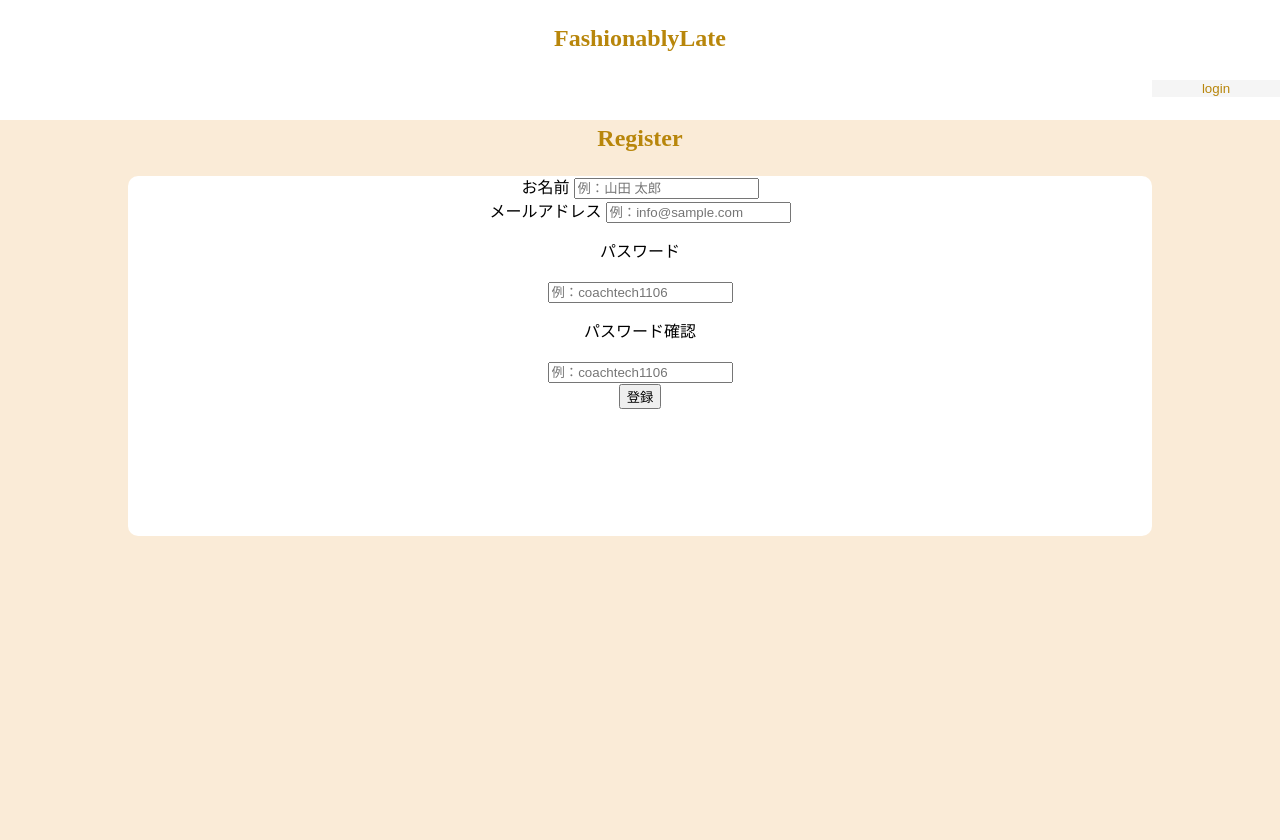
Repository: tokisiro/test-form
Page: http://localhost/register
An editor plug-in stored every save of this project. The page is shown before and after a run of saves, followed by the edit.
The browser window is 1280 px wide. The pictures show the whole page.
The page is served by the project's Laravel application, run on PHP 8.4 with Laravel 8. A made-up administrator, Test User (test@example.com), is signed in. Other server files are loaded and not shown.

Above is the page before, as saved 2025-05-07 20:58:19.

### src/routes/web.php
<?php

use Illuminate\Support\Facades\Route;
use App\Http\Controllers\ContactController;
use App\Http\Controllers\UsersController;
use Laravel\Fortify\Http\Controllers\AuthenticatedSessionController;
use Laravel\Fortify\Http\Controllers\RegisteredUserController;
/*
|--------------------------------------------------------------------------
| Web Routes
|--------------------------------------------------------------------------
|
| Here is where you can register web routes for your application. These
| routes are loaded by the RouteServiceProvider within a group which
| contains the "web" middleware group. Now create something great!
|
*/

Route::get('/',[ContactController::class, 'index']);
Route::post('/confirm',[ContactController::class, 'confirm']);
Route::post('/create',[ContactController::class, 'create']);

Route::post('/admin',[UsersController::class, 'admin']);
Route::get('/register',[UsersController::class, 'register']);




Route::middleware('auth')->group(function () {
    Route::get('/admin', [UsersController::class, 'admin']);
});

### src/app/Models/User.php
<?php

namespace App\Models;

use Illuminate\Contracts\Auth\MustVerifyEmail;
use Illuminate\Database\Eloquent\Factories\HasFactory;
use Illuminate\Foundation\Auth\User as Authenticatable;
use Illuminate\Notifications\Notifiable;
use Laravel\Sanctum\HasApiTokens;

class User extends Authenticatable
{
    use HasApiTokens, HasFactory, Notifiable;
    protected $table = 'users';

    /**
     * The attributes that are mass assignable.
     *
     * @var array<int, string>
     */
    protected $fillable = [
        'name',
        'email',
        'password',
        'remember_token',
    ];

    /**
     * The attributes that should be hidden for serialization.
     *
     * @var array<int, string>
     */
    protected $hidden = [
        'password',
        'remember_token',
    ];

    /**
     * The attributes that should be cast.
     *
     * @var array<string, string>
     */
    protected $casts = [
        'email_verified_at' => 'datetime',
    ];

    public function contacts()
{
    return $this->hasMany(Contact::class);
}
}

### src/app/Http/Controllers/UsersController.php
<?php

namespace App\Http\Controllers;

use App\Models\Category;
use App\Models\Contact;
use App\Models\User;
use Illuminate\Http\Request;
use App\Http\Requests\RegisterUserRequest;

//管理者用
class UsersController extends Controller
{
    public function register(){
        return view('register');
    }
    public function create(RegisterUserRequest $request){
        $form = $request->all();
        User::create($form);
        return view('login');
    }
    public function login(){
        return view('login');
    }
    public function admin(){


        $contacts = Contact::all()->map(function($contact) {
        switch($contact->gender) {
        case 1:
            $contact->gender_text = '男性';
            break;
        case 2:
            $contact->gender_text = '女性';
            break;
        case 3:
            $contact->gender_text = 'その他';
            break;
        default:
            $contact->gender_text = '';
            break;
        }
        // お問い合わせ内容を変換
        switch($contact->category_id) {
        case 1:
            $contact->category_name = '商品のお届けについて';
            break;
        case 2:
            $contact->category_name = '商品の交換について';
            break;
        case 3:
            $contact->category_name = '商品トラブル';
            break;
        case 4:
            $contact->category_name = 'ショップへのお問い合わせ';
            break;
        case 5:
            $contact->category_name = 'その他';
            break;
        default:
            $contact->category_name = '';
            break;
        }
        return $contact;
    });

    // もしももともと contacts がなければ空のコレクションを設定
    if ($contacts->isEmpty()) {
        $contacts = collect();
    }

    // ビューに渡す
    return view('admin', ['contacts' => $contacts]);


    }
}

### src/resources/views/register.blade.php
<!DOCTYPE html>
<html lang="ja">
<head>
    <meta charset="UTF-8">
    <meta http-equiv="X-UA-Compatible" content="IE=edge">
    <meta name="viewport" content="width=device-width, initial-scale=1.0">
    <title>FashionablyLate</title>
    <link rel="stylesheet" href="css/sanitize.css" />
    <link rel="stylesheet" href="css/register.css" />
</head>
<body>
    <!--ユーザー登録ページ-->
    <header class="header">
        <div class="header__inner">
            <a class="header__logo" href="/">
                FashionablyLate
            </a>
        </div>
        <div class="header__button">
            <a  href="/login">
                <button class="header__button-item">
                    login
                </button>
            </a>
        </div>
    </header>
    <main>
        <div class="register-form">
            <div class="register-form__title">
                <h2>Register</h2>
            </div>
            <div class="register-form__content">
                    <div class="register-form__content-item">
                        <form action="/register" method="post">
                            @csrf
                            @if (count($errors) > 0)
                            <ul>
                                @foreach ($errors->all() as $error)
                                    <li>{{$error}}</li>
                                @endforeach
                            </ul>
                        @endif
                        <div class="register-form__content-input">
                            <label>お名前</label>
                            <input type="text" name="name" value="{{ old('name') }}" placeholder="例：山田 太郎">
                        </div>
                        <div class="register-form__content-input">
                            <label>メールアドレス</label>
                            <input type="email" name="email" value="{{ old('email') }}" placeholder="例：info@sample.com">
                        </div>
                        <div class="register-form__content-input">
                            <p>パスワード</p>
                            <input type="password" name="password" placeholder="例：coachtech1106">
                        </div>
                        <div class="register-form__content-input">
                            <p>パスワード確認</p>
                            <input type="password" name="password_confirmation" placeholder="例：coachtech1106">
                        </div>
                            <div class="register-form__button">
                            <button class="register-form__button-submit" type="submit">
                                登録
                            </button>
                        </div>
                        </form>
                    </div>
                <!--ボタン類を記述-->
                </div>
            </div>
        </div>
    </main>
</body>
</html>

### src/public/css/sanitize.css
/* Document
* ========================================================================== */

/**
* Add border box sizing in all browsers (opinionated).
*/

*,
::before,
::after {
    box-sizing: border-box;
}

/**
* 1. Add text decoration inheritance in all browsers (opinionated).
* 2. Add vertical alignment inheritance in all browsers (opinionated).
*/

::before,
::after {
    vertical-align: inherit;
    /* 2 */
    text-decoration: inherit;
    /* 1 */
}

/**
* 1. Use the default cursor in all browsers (opinionated).
* 2. Change the line height in all browsers (opinionated).
* 3. Use a 4-space tab width in all browsers (opinionated).
* 4. Remove the grey highlight on links in iOS (opinionated).
* 5. Prevent adjustments of font size after orientation changes in
*    IE on Windows Phone and in iOS.
* 6. Breaks words to prevent overflow in all browsers (opinionated).
*/

html {
    word-break: break-word;
    /* 6 */
    -moz-tab-size: 4;
    /* 3 */
    tab-size: 4;
    /* 3 */
    line-height: 1.5;
    /* 2 */
    cursor: default;
    /* 1 */

    -webkit-tap-highlight-color: transparent
        /* 4 */
    ;
    -ms-text-size-adjust: 100%;
    /* 5 */
    -webkit-text-size-adjust: 100%;
    /* 5 */
}

/* Sections
* ========================================================================== */

/**
* Remove the margin in all browsers (opinionated).
*/

body {
    margin: 0;
}

/**
* Correct the font size and margin on `h1` elements within `section` and
* `article` contexts in Chrome, Edge, Firefox, and Safari.
*/

h1 {
    margin: 0.67em 0;
    font-size: 2em;
}

/* Grouping content
* ========================================================================== */

/**
* Remove the margin on nested lists in Chrome, Edge, IE, and Safari.
*/

dl dl,
dl ol,
dl ul,
ol dl,
ul dl {
    margin: 0;
}

/**
* Remove the margin on nested lists in Edge 18- and IE.
*/

ol ol,
ol ul,
ul ol,
ul ul {
    margin: 0;
}

/**
* 1. Add the correct sizing in Firefox.
* 2. Show the overflow in Edge 18- and IE.
*/

hr {
    overflow: visible;
    /* 2 */
    height: 0;
    /* 1 */
}

/**
* Add the correct display in IE.
*/

main {
    display: block;
}

/**
* Remove the list style on navigation lists in all browsers (opinionated).
*/

nav ol,
nav ul {
    padding: 0;
    list-style: none;
}

/**
* 1. Correct the inheritance and scaling of font size in all browsers.
* 2. Correct the odd `em` font sizing in all browsers.
*/

pre {
    font-size: 1em;
    /* 2 */
    font-family: monospace, monospace;
    /* 1 */
}

/* Text-level semantics
* ========================================================================== */

/**
* Remove the gray background on active links in IE 10.
*/

a {
    background-color: transparent;
}

/**
* Add the correct text decoration in Edge 18-, IE, and Safari.
*/

abbr[title] {
    text-decoration: underline;
    text-decoration: underline dotted;
}

/**
* Add the correct font weight in Chrome, Edge, and Safari.
*/

b,
strong {
    font-weight: bolder;
}

/**
* 1. Correct the inheritance and scaling of font size in all browsers.
* 2. Correct the odd `em` font sizing in all browsers.
*/

code,
kbd,
samp {
    font-size: 1em;
    /* 2 */
    font-family: monospace, monospace;
    /* 1 */
}

/**
* Add the correct font size in all browsers.
*/

small {
    font-size: 80%;
}

/* Embedded content
* ========================================================================== */

/*
* Change the alignment on media elements in all browsers (opinionated).
*/

audio,
canvas,
iframe,
img,
svg,
video {
    vertical-align: middle;
}

/**
* Add the correct display in IE 9-.
*/

audio,
video {
    display: inline-block;
}

/**
* Add the correct display in iOS 4-7.
*/

audio:not([controls]) {
    display: none;
    height: 0;
}

/**
* Remove the border on iframes in all browsers (opinionated).
*/

iframe {
    border-style: none;
}

/**
* Remove the border on images within links in IE 10-.
*/

img {
    border-style: none;
}

/**
* Change the fill color to match the text color in all browsers (opinionated).
*/

svg:not([fill]) {
    fill: currentColor;
}

/**
* Hide the overflow in IE.
*/

svg:not(:root) {
    overflow: hidden;
}

/* Tabular data
* ========================================================================== */

/**
* Collapse border spacing in all browsers (opinionated).
*/

table {
    border-collapse: collapse;
}

/* Forms
* ========================================================================== */

/**
* Remove the margin on controls in Safari.
*/

button,
input,
select {
    margin: 0;
}

/**
* 1. Show the overflow in IE.
* 2. Remove the inheritance of text transform in Edge 18-, Firefox, and IE.
*/

button {
    overflow: visible;
    /* 1 */
    text-transform: none;
    /* 2 */
}

/**
* Correct the inability to style buttons in iOS and Safari.
*/

button,
[type="button"],
[type="reset"],
[type="submit"] {
    -webkit-appearance: button;
}

/**
* 1. Change the inconsistent appearance in all browsers (opinionated).
* 2. Correct the padding in Firefox.
*/

fieldset {
    padding: 0.35em 0.75em 0.625em;
    /* 2 */
    border: 1px solid #a0a0a0;
    /* 1 */
}

/**
* Show the overflow in Edge 18- and IE.
*/

input {
    overflow: visible;
}

/**
* 1. Correct the text wrapping in Edge 18- and IE.
* 2. Correct the color inheritance from `fieldset` elements in IE.
*/

legend {
    display: table;
    /* 1 */
    max-width: 100%;
    /* 1 */
    color: inherit;
    /* 2 */
    white-space: normal;
    /* 1 */
}

/**
* 1. Add the correct display in Edge 18- and IE.
* 2. Add the correct vertical alignment in Chrome, Edge, and Firefox.
*/

progress {
    display: inline-block;
    /* 1 */
    vertical-align: baseline;
    /* 2 */
}

/**
* Remove the inheritance of text transform in Firefox.
*/

select {
    text-transform: none;
}

/**
* 1. Remove the margin in Firefox and Safari.
* 2. Remove the default vertical scrollbar in IE.
* 3. Change the resize direction in all browsers (opinionated).
*/

textarea {
    overflow: auto;
    /* 2 */
    margin: 0;
    /* 1 */
    resize: vertical;
    /* 3 */
}

/**
* Remove the padding in IE 10-.
*/

[type="checkbox"],
[type="radio"] {
    padding: 0;
}

/**
* 1. Correct the odd appearance in Chrome, Edge, and Safari.
* 2. Correct the outline style in Safari.
*/

[type="search"] {
    outline-offset: -2px;
    /* 2 */

    -webkit-appearance: textfield;
    /* 1 */
}

/**
* Correct the cursor style of increment and decrement buttons in Safari.
*/

::-webkit-inner-spin-button,
::-webkit-outer-spin-button {
    height: auto;
}

/**
* Correct the text style of placeholders in Chrome, Edge, and Safari.
*/

::-webkit-input-placeholder {
    color: inherit;
    opacity: 0.54;
}

/**
* Remove the inner padding in Chrome, Edge, and Safari on macOS.
*/

::-webkit-search-decoration {
    -webkit-appearance: none;
}

/**
* 1. Correct the inability to style upload buttons in iOS and Safari.
* 2. Change font properties to `inherit` in Safari.
*/

::-webkit-file-upload-button {
    font: inherit;
    /* 2 */

    -webkit-appearance: button;
    /* 1 */
}

/**
* Remove the inner border and padding of focus outlines in Firefox.
*/

::-moz-focus-inner {
    padding: 0;
    border-style: none;
}

/**
* Restore the focus outline styles unset by the previous rule in Firefox.
*/

:-moz-focusring {
    outline: 1px dotted ButtonText;
}

/**
* Remove the additional :invalid styles in Firefox.
*/

:-moz-ui-invalid {
    box-shadow: none;
}

/* Interactive
* ========================================================================== */

/*
* Add the correct display in Edge 18- and IE.
*/

details {
    display: block;
}

/*
* Add the correct styles in Edge 18-, IE, and Safari.
*/

dialog {
    position: absolute;
    right: 0;
    left: 0;
    display: block;
    margin: auto;
    padding: 1em;
    width: -moz-fit-content;
    width: -webkit-fit-content;
    width: fit-content;
    height: -moz-fit-content;
    height: -webkit-fit-content;
    height: fit-content;
    border: solid;
    background-color: white;
    color: black;
}

dialog:not([open]) {
    display: none;
}

/*
* Add the correct display in all browsers.
*/

summary {
    display: list-item;
}

/* Scripting
* ========================================================================== */

/**
* Add the correct display in IE 9-.
*/

canvas {
    display: inline-block;
}

/**
* Add the correct display in IE.
*/

template {
    display: none;
}

/* User interaction
* ========================================================================== */

/*
* 1. Remove the tapping delay in IE 10.
* 2. Remove the tapping delay on clickable elements
in all browsers (opinionated).
*/

a,
area,
button,
input,
label,
select,
summary,
textarea,
[tabindex] {
    -ms-touch-action: manipulation;
    /* 1 */
    touch-action: manipulation;
    /* 2 */
}

/**
* Add the correct display in IE 10-.
*/

[hidden] {
    display: none;
}

/* Accessibility
* ========================================================================== */

/**
* Change the cursor on busy elements in all browsers (opinionated).
*/

[aria-busy="true"] {
    cursor: progress;
}

/*
* Change the cursor on control elements in all browsers (opinionated).
*/

[aria-controls] {
    cursor: pointer;
}

/*
* Change the cursor on disabled, not-editable, or otherwise
* inoperable elements in all browsers (opinionated).
*/

[aria-disabled="true"],
[disabled] {
    cursor: not-allowed;
}

/*
* Change the display on visually hidden accessible elements
* in all browsers (opinionated).
*/

[aria-hidden="false"][hidden] {
    display: initial;
}

[aria-hidden="false"][hidden]:not(:focus) {
    position: absolute;
    clip: rect(0, 0, 0, 0);
}

### src/public/css/register.css

.header {
    background-color: white;

}

.header__inner
{
    margin: 0 auto;
    padding: 20px 15px;
    max-width: 1230px;
    text-align: center;
}

.header__logo {
    color: #B8860B;
    text-decoration: none;
    font-weight: bold;
    font-size: 24px;
    font-family: serif;
}

.header__button{
    position: relative;
    text-align: right;
}

.header__button-item{
    color: #B8860B;
    background-color: whitesmoke;
    border: 1px;
    border-color: #B8860B;
    width: 10%;
    cursor: pointer;
}


.register-form {
    background-color: antiquewhite;
    height: 100vh;
    text-align: center;
}

.register-form__title{
    color: #B8860B;
    font-family: serif;
}

.register-form__content{
    background-color: white;
    width: 80%;
    height: 50%;
    margin: 0 auto;
    border-radius: 10px;
}

Loaded but not shown: src/app/Http/Controllers/Controller.php (common file)

After the next 3 saves:
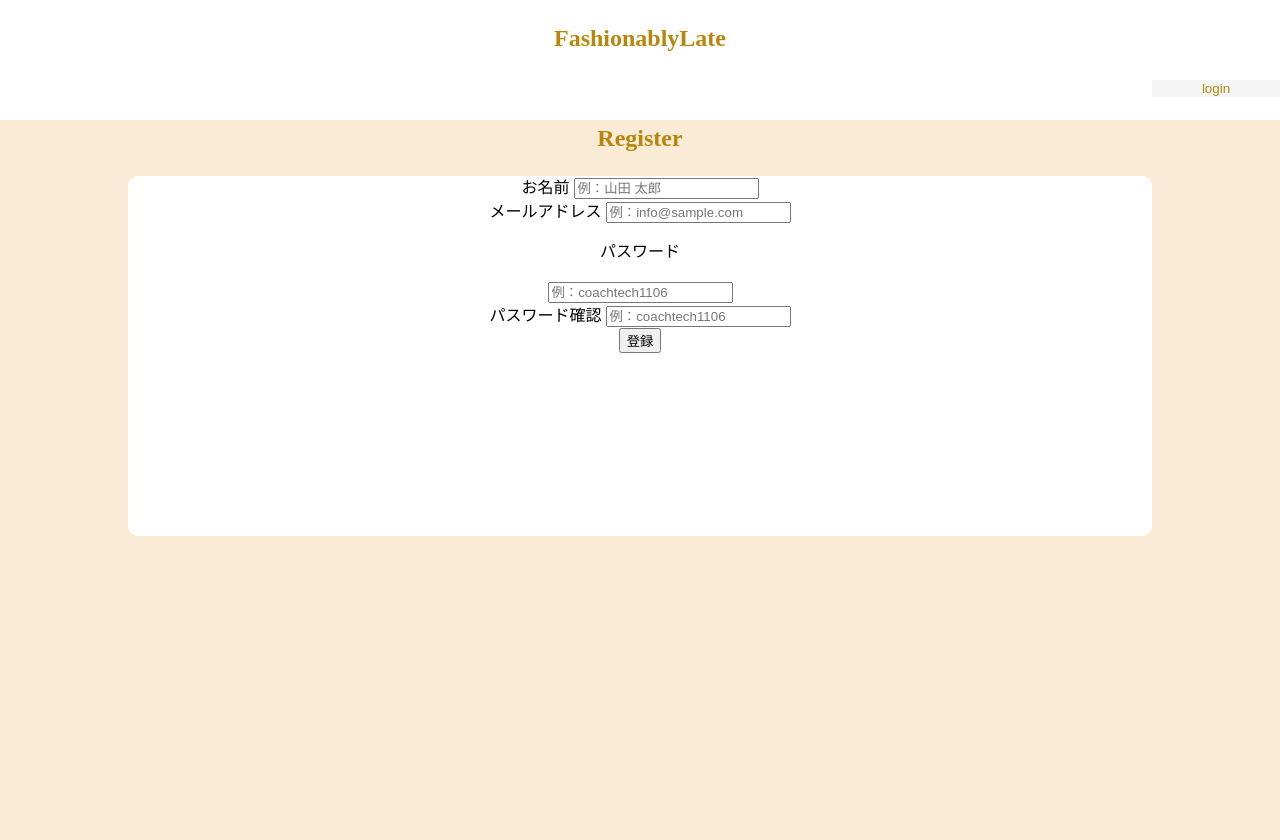
The 3 saves are shown as one change because they came seconds apart.
The last was saved 14 s later.
--- a/src/resources/views/register.blade.php
+++ b/src/resources/views/register.blade.php
@@ -53,7 +53,7 @@
                             <input type="password" name="password" placeholder="例：coachtech1106">
                         </div>
                         <div class="register-form__content-input">
-                            <p>パスワード確認</p>
+                            <label>パスワード確認</label>
                             <input type="password" name="password_confirmation" placeholder="例：coachtech1106">
                         </div>
                             <div class="register-form__button">
